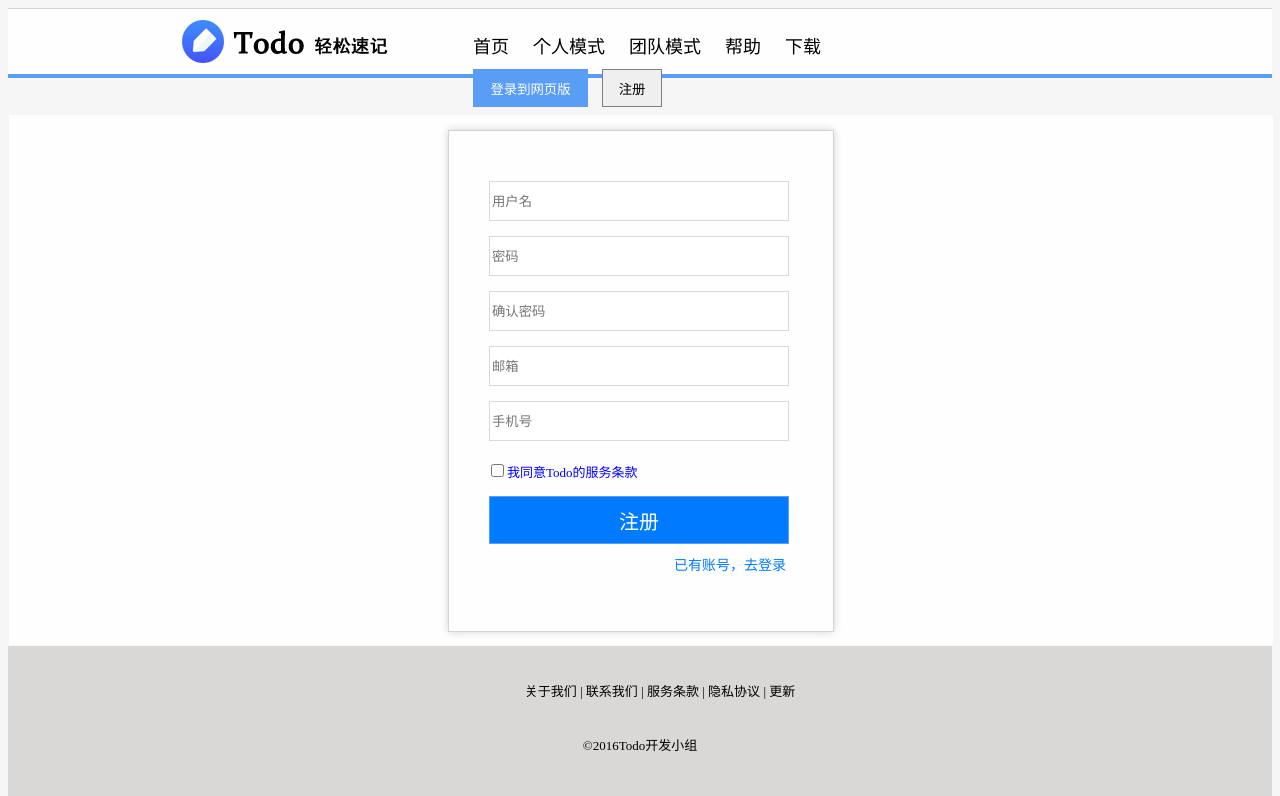
Repository: lengchang/Todo
Page: http://localhost/Todoweb/register.jsp
An editor plug-in stored every save of this project. The page is shown before and after the next save, followed by the edit.
The browser window is 1280 px wide. The pictures show the whole page.
The page is served by Tomcat 9. The template is opened directly, without the code that normally fills it, so the values that code supplies are empty.

Above is the page before, as saved 2016-12-13 13:40:10.

After the next save:
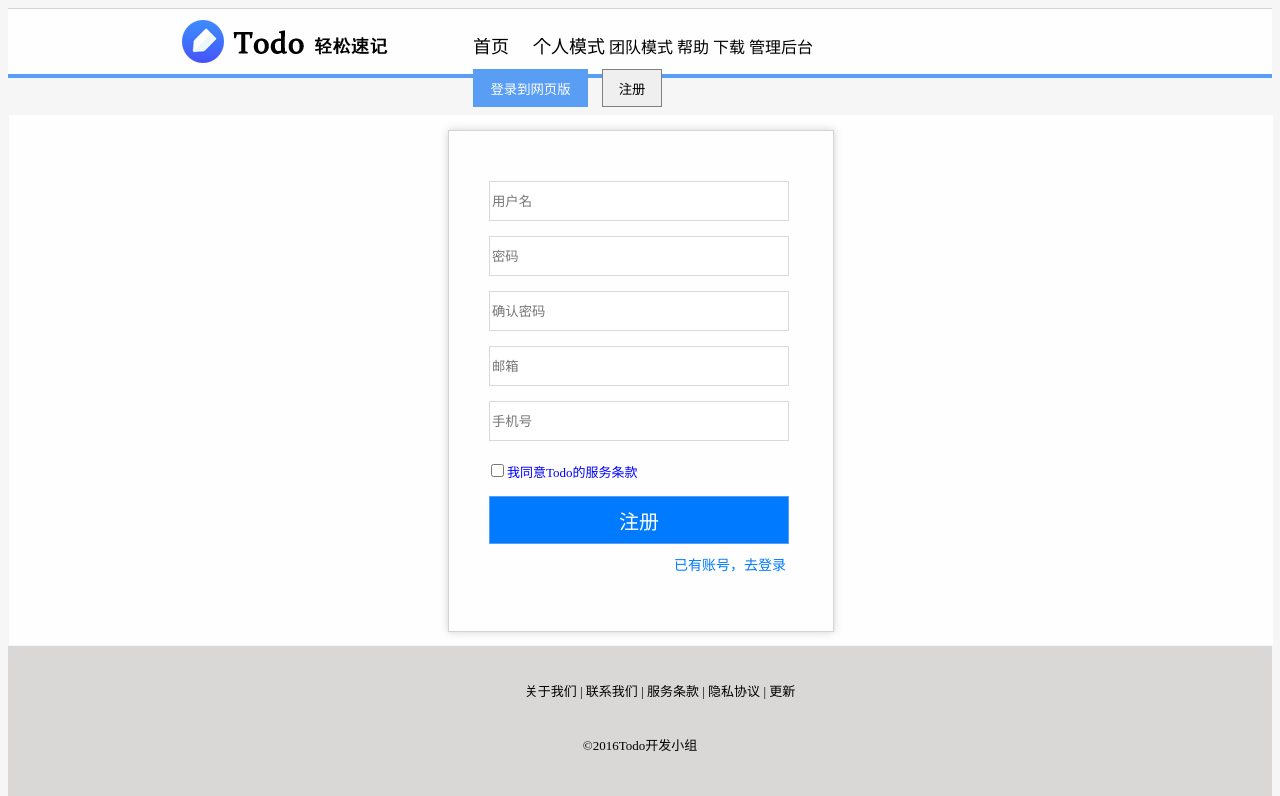
Saved 19 min 57 s later.
--- a/Todoweb/WebContent/Master/nav.jsp
+++ b/Todoweb/WebContent/Master/nav.jsp
@@ -6,12 +6,12 @@
 </div>
 <nav id="top_nav">
 	<ul>
-		<a href="/Todoweb/index.jsp" id="index_firstpage"><li class="top_nav" id="ul_index">首页</li></a>
-		<a href="self_mode_use.html" id="self_mode"><li class="top_nav">个人模式</li></a>
-		<a href="team_mode_use.html" id="team_mode"><li class="top_nav">团队模式</li></a>
-		<a href="help.html" id="help"><li class="top_nav">帮助</li></a>
-		<a href="download.html" id="download"><li class="top_nav">下载</li></a>
-		<a href="/Todoweb/WEB-INF/root/admin.jsp"><li class="top_nav">管理后台</li></a>
+		<a href="/Todoweb/index.jsp" id="index_firstpage"><li id="ul_index">首页</li></a>
+		<a href="self_mode_use.html" id="self_mode"><li>个人模式</li></a>
+		<a href="team_mode_use.html" id="team_mode"><li">团队模式</li></a>
+		<a href="help.html" id="help"><li">帮助</li></a>
+		<a href="download.html" id="download"><li">下载</li></a>
+		<a href="/Todoweb/WEB-INF/root/admin.jsp"><li">管理后台</li></a>
 	</ul>
 </nav>
 <div id="top_button">
